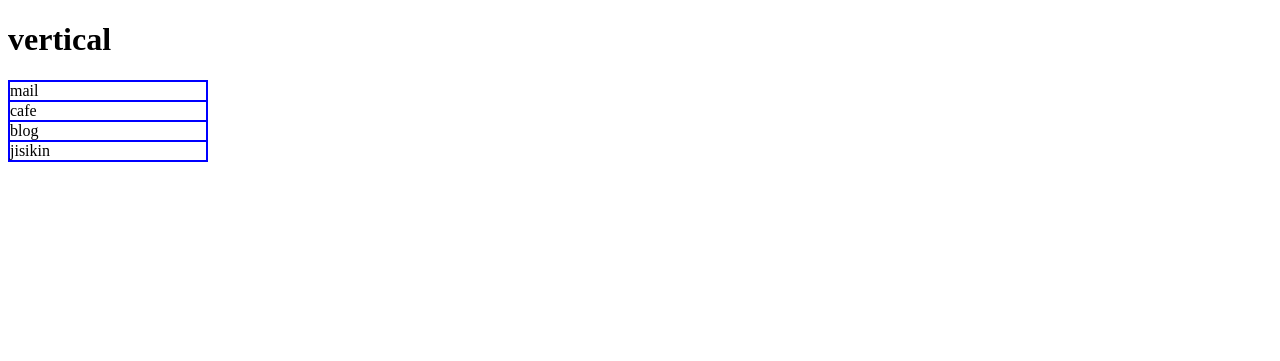
Repository: keeka2/webPractice
Page: MyStudy/HTML_Study/work/web/WebContent/verticlemenu.html
These files come from the project's save history. The page is drawn as it stood at one moment and after the next save; the edit follows.
The browser window is 1280 px wide. The pictures show the whole page.

Above is the page before, as saved 2020-08-24 02:00:25.

After the next save:
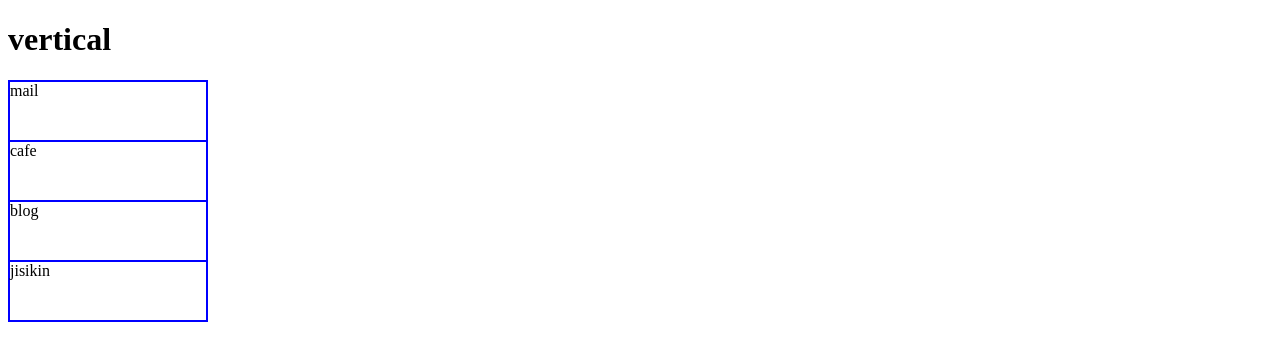
Saved 4 min 38 s later.
--- a/MyStudy/HTML_Study/work/web/WebContent/verticlemenu.html
+++ b/MyStudy/HTML_Study/work/web/WebContent/verticlemenu.html
@@ -14,6 +14,7 @@
 	#v_menu>li{
 	border: 2px solid blue;
 	border-top: none;
+	height: 58px;
 	}
 </style>
 </head>
